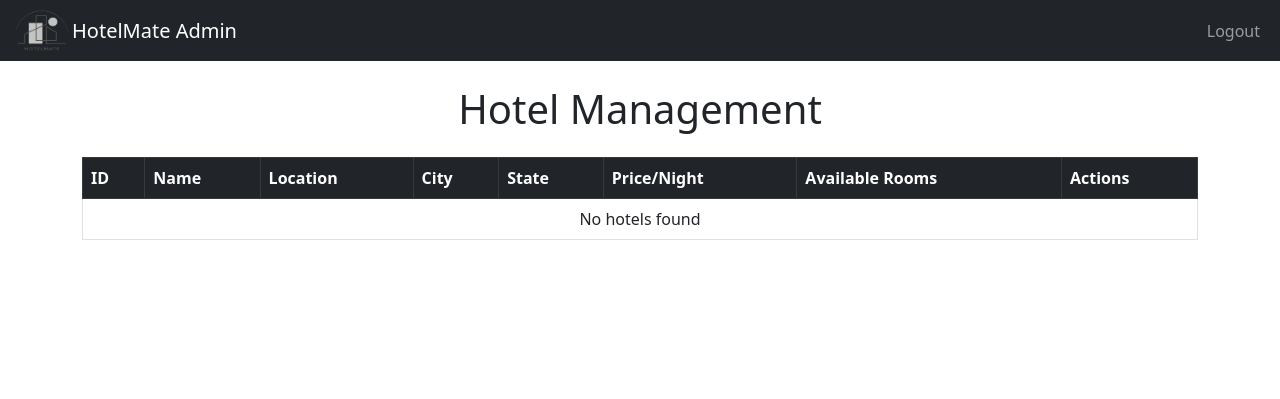
Repository: himanshu2k23/HoteMate
Page: http://localhost/HotelMate/WEB-INF/admin/hotels.jsp
These files come from the project's save history. The page is drawn as it stood at one moment and after the next save; the edit follows.
The browser window is 1280 px wide. The pictures show the whole page.
The page is served by Tomcat 10. Nobody is signed in. The template is opened directly, without the code that normally fills it, so the values that code supplies are empty.

Above is the page before, as saved 2025-01-18 19:21:11.

After the next save:
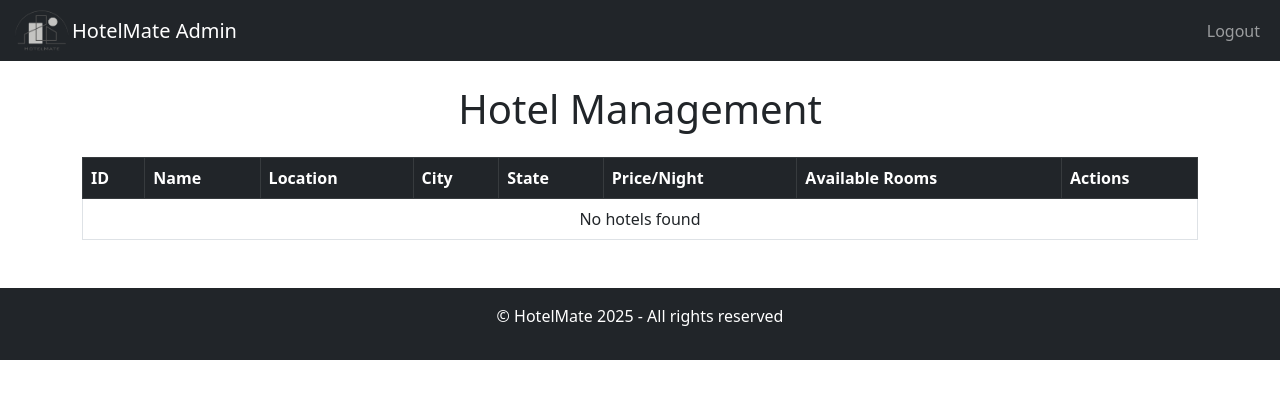
Saved 30 s later.
--- a/HotelMate/src/main/webapp/WEB-INF/admin/hotels.jsp
+++ b/HotelMate/src/main/webapp/WEB-INF/admin/hotels.jsp
@@ -108,6 +108,10 @@
 		</table>
 	</div>
 
+	<footer class="bg-dark text-white text-center py-3 mt-5">
+		<p>© HotelMate 2025 - All rights reserved</p>
+	</footer>
+
 	<!-- Update Modal -->
 	<div class="modal fade" id="updateModal" tabindex="-1"
 		aria-labelledby="updateModalLabel" aria-hidden="true">
